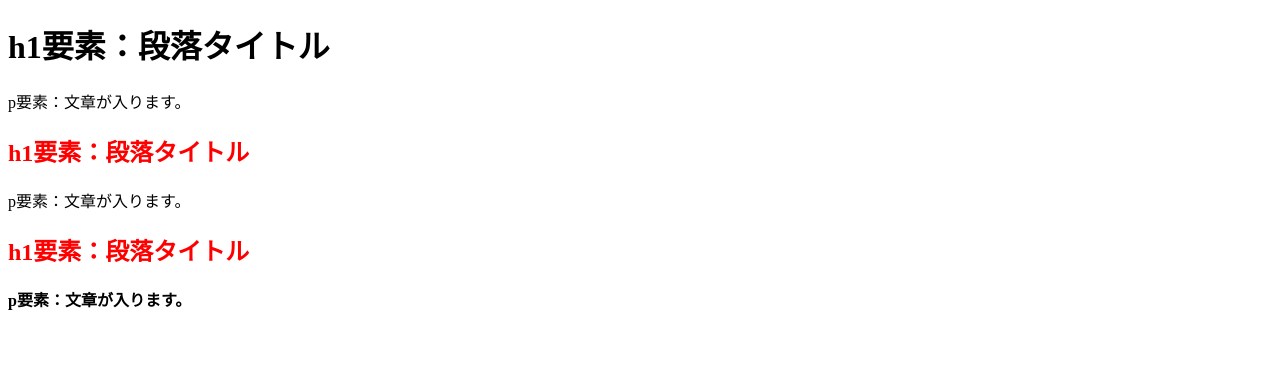
Repository: KOIZUMI-master/samurai_HTML-CSS
Page: index.html
The author's editor kept a record of every edit. The page is drawn from the files as they stood at one moment, then again after the next edit.
The browser window is 1280 px wide. The pictures show the whole page.

Above is the page before.

### index.html
<!DOCTYPE html>
<html lang="ja">
<head>
  <meta charset="UTF-8">
  <meta name="viewport" content="width=device-width, initial-scale=1.0">
  <meta http-equiv="X-UA-Compatible" content="ie=edge">
  <title>HTML/CSSの学習</title>
  <style>
  h2{
    color: red;
  }

  </style>
</head>
<body>
  <h1>h1要素：段落タイトル</h1>
 <p>p要素：文章が入ります。</p>
 <h2>h1要素：段落タイトル</h2>
 <p style="fomt-size: 25px;">p要素：文章が入ります。</p>
 <h2>h1要素：段落タイトル</h2>
 <p style="font-weight: bold;">p要素：文章が入ります。</p>
</body>
</html>

After the next edit:
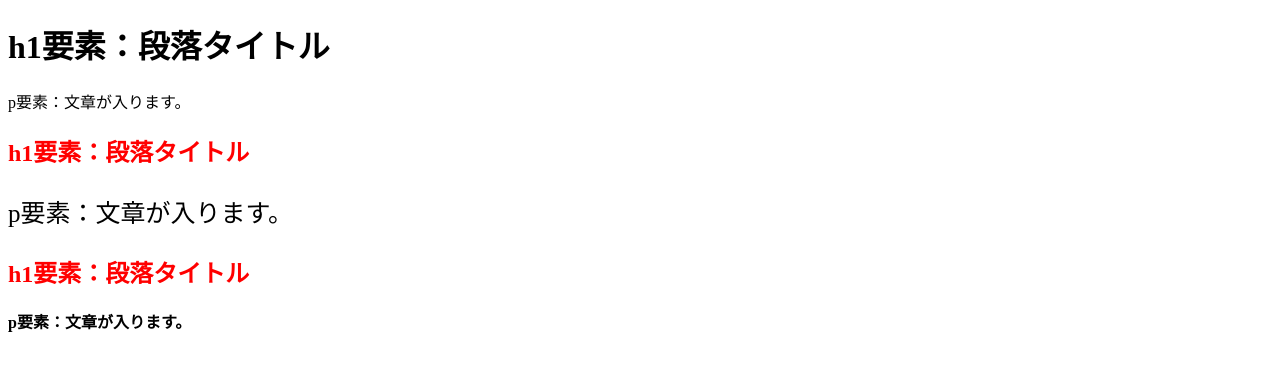
The edit:
--- a/index.html
+++ b/index.html
@@ -16,7 +16,7 @@
   <h1>h1要素：段落タイトル</h1>
  <p>p要素：文章が入ります。</p>
  <h2>h1要素：段落タイトル</h2>
- <p style="fomt-size: 25px;">p要素：文章が入ります。</p>
+ <p style="font-size: 25px;">p要素：文章が入ります。</p>
  <h2>h1要素：段落タイトル</h2>
  <p style="font-weight: bold;">p要素：文章が入ります。</p>
 </body>
